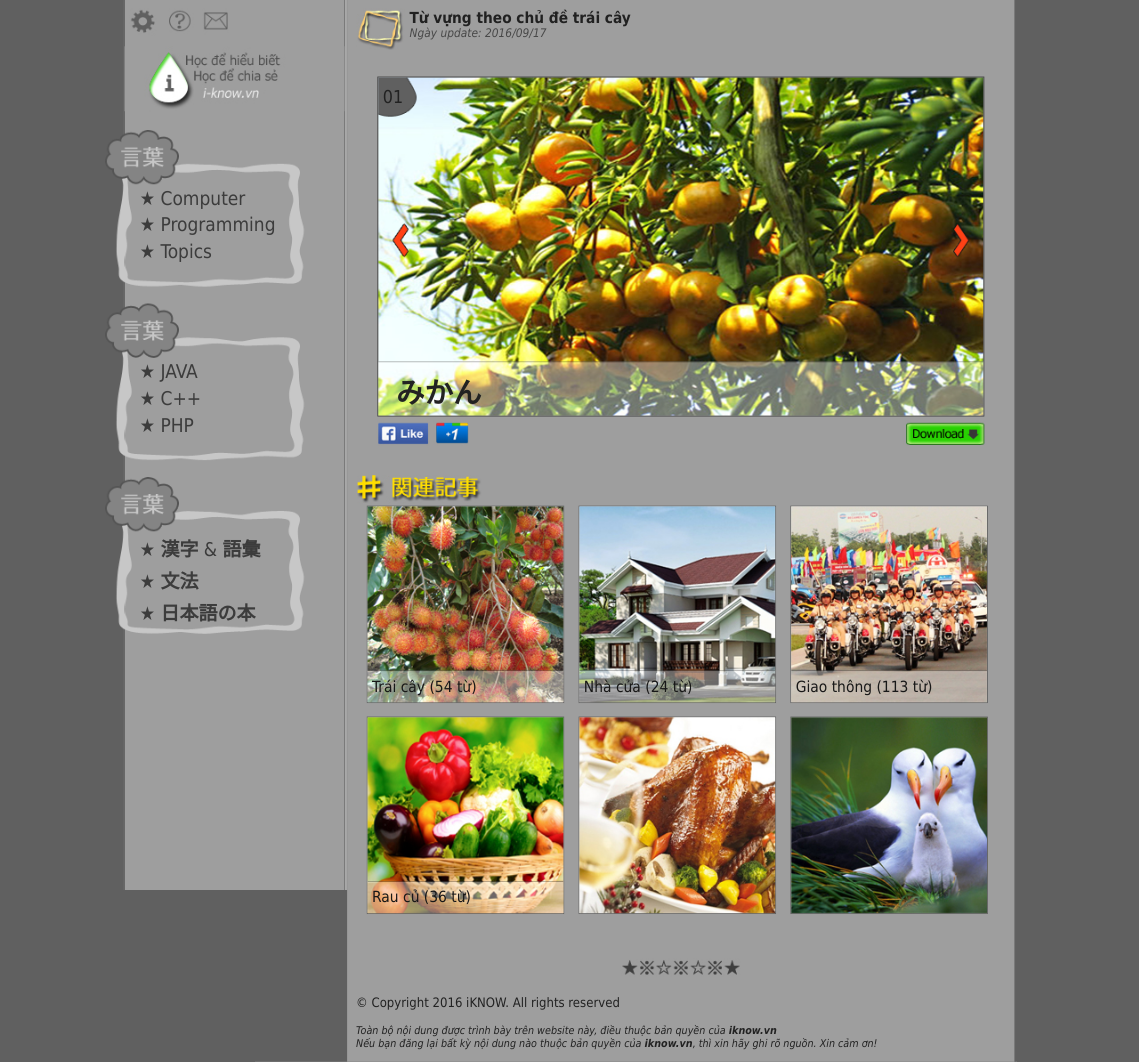
Repository: ruanonglam/_workspace
Page: Web Design/iknow.vn/WebContent/cotoba-view.html
The author's editor kept a copy of each file at every save. The page is drawn from the files as they stood at one save, then again after the next save.
The browser window is 1280 px wide. The pictures show the whole page, at 89% of full size.

Above is the page before, as saved 2016-09-18 05:57:03.

After the next save:
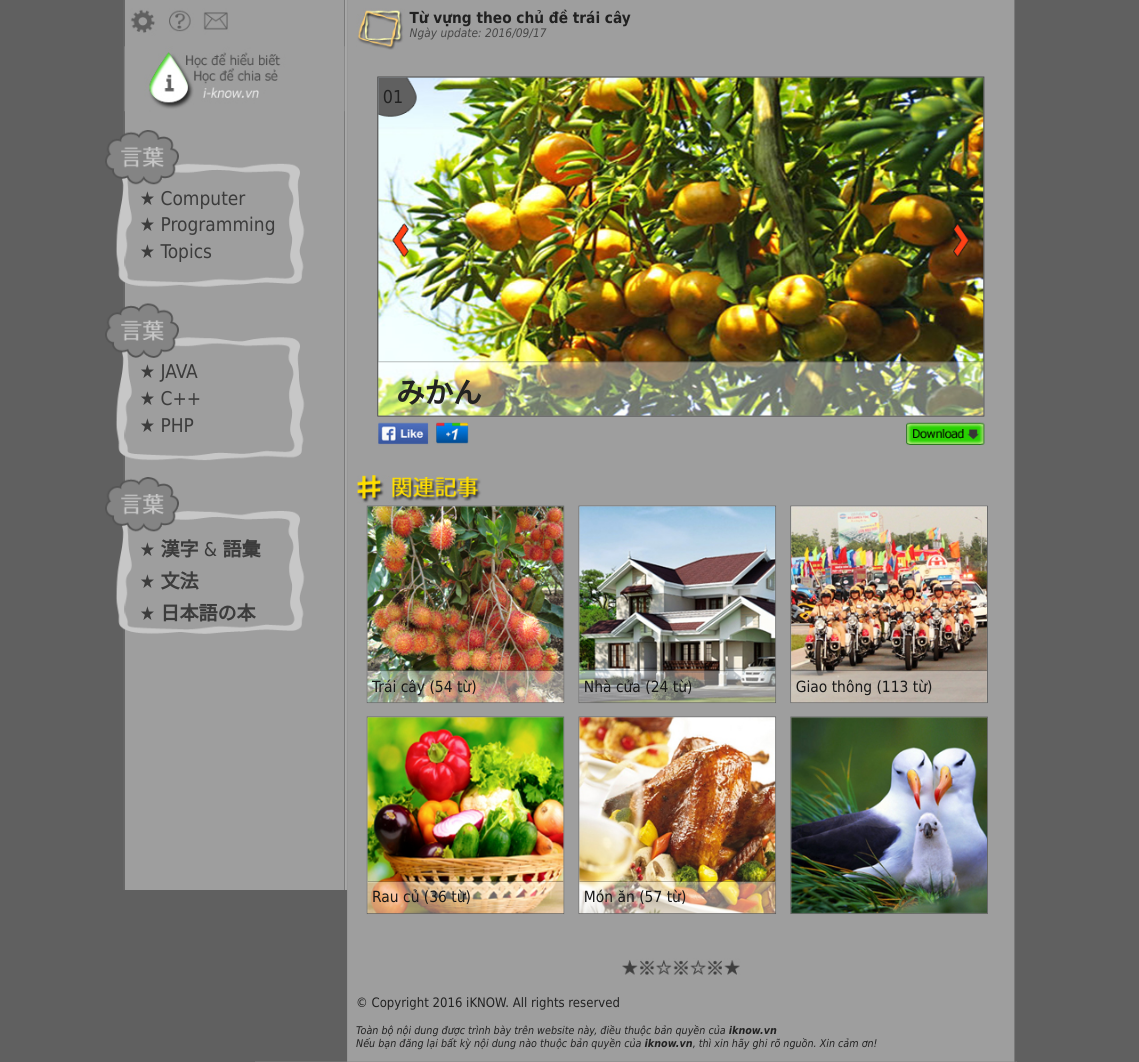
Saved 12 s later.
--- a/Web Design/iknow.vn/WebContent/cotoba-view.html
+++ b/Web Design/iknow.vn/WebContent/cotoba-view.html
@@ -131,6 +131,8 @@
 				</div>
 				<div class="right_relate_item">
 					<a href="#"><img alt="Vocabulary" src="_img/sample/monan/_thumb_monan.jpg"></a>
+					<div id="_title"></div>
+					<font>Món ăn (57 từ)</font>
 				</div>
 				<div class="right_relate_item">
 					<a href="#"><img alt="Vocabulary" src="_img/sample/chim/_thumb_chim.jpg"></a>
